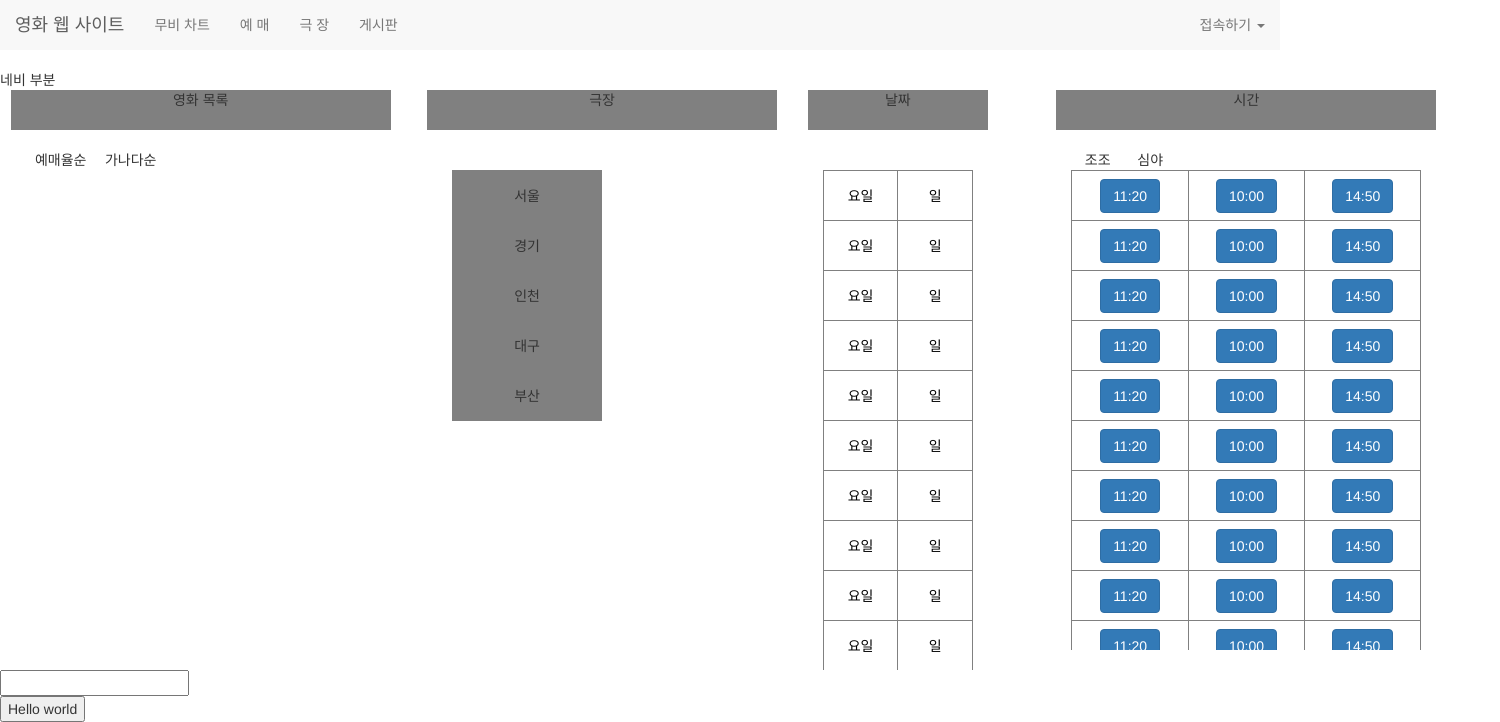
Repository: Gotaemin/java
Page: http://localhost/BBS/movieReserve.jsp
These files come from the project's save history. The page is drawn as it stood at one moment and after the next save; the edit follows.
The browser window is 1280 px wide. The page is 1500 px wide, so the pictures cover 1500 px, including what lies to the right of the window. The pictures show the whole page.
Some web libraries are served in a nearby version. The page is served by Tomcat 9. Other server files are loaded and not shown. The template is opened directly, without the code that normally fills it, so the values that code supplies are empty.

Above is the page before, as saved 2020-03-19 08:47:01.

### BBS/BBS/WebContent/movieReserve.jsp
<%@ page language="java" contentType="text/html; charset=UTF-8"
	pageEncoding="UTF-8"%>

<%@ page import="java.io.PrintWriter"%>
<%@ page import="java.util.ArrayList"%>
<%@ page import="vo.Movie"%>

<%@ taglib prefix="c" uri="http://java.sun.com/jsp/jstl/core"%>

<!DOCTYPE html>
<html>
<head>
<meta charset="UTF-8">

<meta name="viewport" content="width=device-width" ,initial-scale="1">
<link rel="stylesheet" href="css/bootstrap.css">

<style type="text/css">
a, a:hover{
		color: #000000;
		text-decoration:none;
	}

#a th, #a td {
	border: 1px solid gray;
	height:50px;
}
tr{
	text-align: center;
}


.local{
	background-color: gray;
}


#movie_movieList {
	max-height: 500px;
	overflow-y: scroll;
	width: 380px;
}

#movie_Threater {
	max-height: 500px;
	overflow-y: scroll;
	width: 380px;
}

#movie_Date {
	max-height: 500px;
	overflow-y: scroll;
	width: 180px;
}

#movie_Time {
	max-height: 500px;
	overflow-y: scroll;
	width: 480px;
}

</style>
<title>Insert title here</title>
</head>
<body>


	<%
		String userID = null;
		if (session.getAttribute("userID") != null) {
			userID = (String) session.getAttribute("userID");
		}
	%>

	<script src="https://code.jquery.com/jquery-3.1.1.min.js"></script>
	<script src="js/bootstrap.js"></script>


	<nav class="navbr navbar-default" style="margin-bottom: 20px;">

		<div class="navbar-header">
			<button type="button" class="navbar-toggle collapsed"
				data-toggle="collapse" data-target="#bs-example-navbar-collapse-1"
				aria-expanded="false">
				<span class="icon-bar"></span> <span class="icon-bar"></span> <span
					class="icon-bar"></span>
			</button>
			<a class="navbar-brand" href="MovieMain.jsp">영화 웹 사이트</a>
		</div>


		<div class="collapse navbar-collapse"
			id="#bs-example-navbar-collapse-1">
			<ul class="nav navbar-nav">
				<li><a href="movieList.movie">무비 차트</a></li>
				<li><a href="#">예 매</a></li>
				<li><a href="#">극 장</a></li>
				<li><a href="bbs.jsp">게시판</a></li>
			</ul>

			<%
				if (userID == null) {
			%>
			<ul class="nav navbar-nav navbar-right">
				<li class="dropdown"><a href="#" class="dropdown-toggle"
					data-toggle="dropdown" role="button" aria-haspopup="true"
					aria-expanded="false">접속하기 <span class="caret"></span>
				</a>

					<ul class="dropdown-menu">
						<li><a href="login.jsp">로그인</a></li>
						<li><a href="join.jsp">회원가입</a></li>
					</ul></li>
			</ul>
			<%
				} else {
			%>
			<ul class="nav navbar-nav navbar-right">
				<li class="dropdown"><a href="#" class="dropdown-toggle"
					data-toggle="dropdown" role="button" aria-haspopup="true"
					aria-expanded="false">회원관리 <span class="caret"></span>
				</a>

					<ul class="dropdown-menu">
						<li><a href="logout.jsp">로그아웃</a></li>

					</ul></li>
			</ul>
			<%
				}
			%>

		</div>
	</nav>

	<div id="container">

		<div class="navi">네비 부분</div>

<!-- 		style="width:380px" -->
		<div  style="display: table;  word-break: break-all; width: 1500px; height: 500px; background: skyblue">
			<div style="display: table-row;">

				<!-- 영화제목 리스트 출력 -->
				<div align=center style="display: table-cell; background: white;">
					<div  style="padding:auto; width: 380px; height: 40px; background: gray; margin-bottom: 20px;">영화 목록</div>
					<div id="movie_movieList">
						<table style="width: 350px;">
							<colgroup>
								<col width="20%">
								<col width="20%">
								<col width="60">
							</colgroup>
							<thead>
								<tr>
									<td>예매율순</td>
									<td>가나다순</td>
									<td></td>
								</tr>
							</thead>
						</table>
						<div>
							<table style="width: 350px;">
								<colgroup>
									<col width="20%">
									<col width="80%">
								</colgroup>
								<tbody id="a">
									<c:forEach var="movie" items="${movieTitle}" varStatus="status">
										<tr>
											<td>
												<c:choose>
												<c:when test="${movie.ageLimit == 0}">
													<img src="image/all.png" style="width: 45px;height: 45px;"/>
												</c:when>
												<c:when test="${movie.ageLimit == 12}">
													<img src="image/12.png" style="width: 45px;height: 45px;"/>
												</c:when>
												<c:when test="${movie.ageLimit == 15}">
													<img src="image/15.png" style="width: 45px;height: 45px;"/>
												</c:when>
												<c:when test="${movie.ageLimit == 19}">
													<img src="image/19.png" style="width: 45px;height: 45px;"/>
												</c:when>
												</c:choose>
											</td>
											<td><a href ="#">${movie.title}</a></td>
										</tr>
									</c:forEach>
								</tbody>
							</table>
						</div>
					</div>
				</div>

				<!-- 극장 리스트 출력 -->

				<div align=center style="display: table-cell; background: white;">
					<div class="test_content" style="width: 350px; height: 40px; background: gray; margin-bottom: 20px;">극장</div>
					<div id="movie_Threater">

						<br>
						<div style="display: table-cell;">
							<table class="city_table" id="example-table-1" style="width: 150px;">
								<tbody id="a" class="local">
									<tr>
										<td>서울</td>
									</tr>
									<tr>
										<td>경기</td>
									</tr>
									<tr>
										<td>인천</td>
									</tr>
									<tr>
										<td>대구</td>
									</tr>
									<tr>
										<td>부산</td>
									</tr>
								</tbody>
							</table>
						</div>


						<div style="display: table-cell;">
							<table style="width: 150px;">
								<tbody id="a">
									<c:forEach var="theater" items="${theaterLocal}" varStatus="status">
										<tr>
											<td><a href ="#">${theater.local}</a></td>
										</tr>
									</c:forEach>


								</tbody>
							</table>
						</div>
					</div>

				</div>




				<!-- 영화 상영 날짜 출력 -->
				<div align=center style="display: table-cell; background: white;">
					<div class="test_content" style="width: 180px; height: 40px; background: gray; margin-bottom: 20px;">날짜</div>
					<br>
					<div id="movie_Date">
						<div>
							<table style="width: 150px;">
								<colgroup>
									<col width="50%">
									<col width="50%">
								</colgroup>
								<tbody id="a">
									<%
										for (int i = 0; i < 10; i++) {
									%>
									<tr style="text-align: center;">
										<td><a href="#">요일</a></td>
										<td><a href="#">일</a></td>
									</tr>

									<%
										}
									%>
								</tbody>
							</table>
						</div>
					</div>

				</div>

				<!-- 영화 상영 가능 시간 출력 -->
				<div align=center style="display: table-cell; background: white;">
					<div class="test_content" style="width: 380px; height: 40px; background: gray; margin-bottom: 20px;">시간</div>
					<div id="movie_Time">
						<table style="width: 350px;">
							<colgroup>
								<col width="15%">
								<col width="15%">
								<col width="70%">
							</colgroup>
							<thead>
								<tr>
									<td>조조</td>
									<td>심야</td>
									<td></td>
								</tr>
							</thead>
						</table>
						<div>
							<table style="width: 350px;">
								<colgroup>
									<col width="30%">
									<col width="30%">
									<col width="30%">
								</colgroup>
								<tbody id="a">
									<%
										for (int i = 0; i < 10; i++) {
									%>
									<tr>
										<td><input class="btn btn-primary btn-pull" type="button" value="11:20"></td>
										<td><input class="btn btn-primary btn-pull" type="button" value="10:00"></td>
										<td><input class="btn btn-primary btn-pull" type="button" value="14:50"></td>
									</tr>

									<%
										}
									%>
								</tbody>
							</table>
						</div>
					</div>
				</div>
			</div>


		</div>
		<input type="text" id="ex1_Result2">

	</div>



	<div id = "city_result2"></div>




	<input type="button" id="hw" value="Hello world" />
    <script type="text/javascript" src="js/table.js"></script>

</body>
</html>

### BBS/BBS/WebContent/js/table.js
var hw = document.getElementById('hw');

hw.addEventListener('click', function(){
    alert(hw);

})


$("#example-table-1 tr").click(function(){

			var str = ""
			var tdArr = new Array();	// 배열 선언

			// 현재 클릭된 Row(<tr>)
			var tr = $(this);
			var td = tr.children();

			// tr.text()는 클릭된 Row 즉 tr에 있는 모든 값을 가져온다
			console.log("클릭한 Row의 모든 데이터 : "+tr.text());

			// 반복문을 이용해서 배열에 값을 담아 사용할 수 도 있다.
//			td.each(function(i){
//				tdArr.push(td.eq(i).text());
//			});


			var city = td.eq(0).text();
			str = city;


			if(str == '서울'){
				tdArr.push('홍대');
				tdArr.push('건대');
				tdArr.push('강남');
				tdArr.push('목동');
			}else if(str == '경기'){
				tdArr.push('노원');
				tdArr.push('구리');
				tdArr.push('덕소');
			}else if(str == '인천'){

			}else if(str == '대구'){

			}else if(str == '부산'){

			}

//			$("#city_result").html(city);
			$("#city_result").html(tdArr);
			$("#city_result2").html(tdArr);
		});

Loaded but not shown: BBS/BBS/WebContent/css/bootstrap.css (library); BBS/BBS/WebContent/js/bootstrap.js (library)

After the next save:
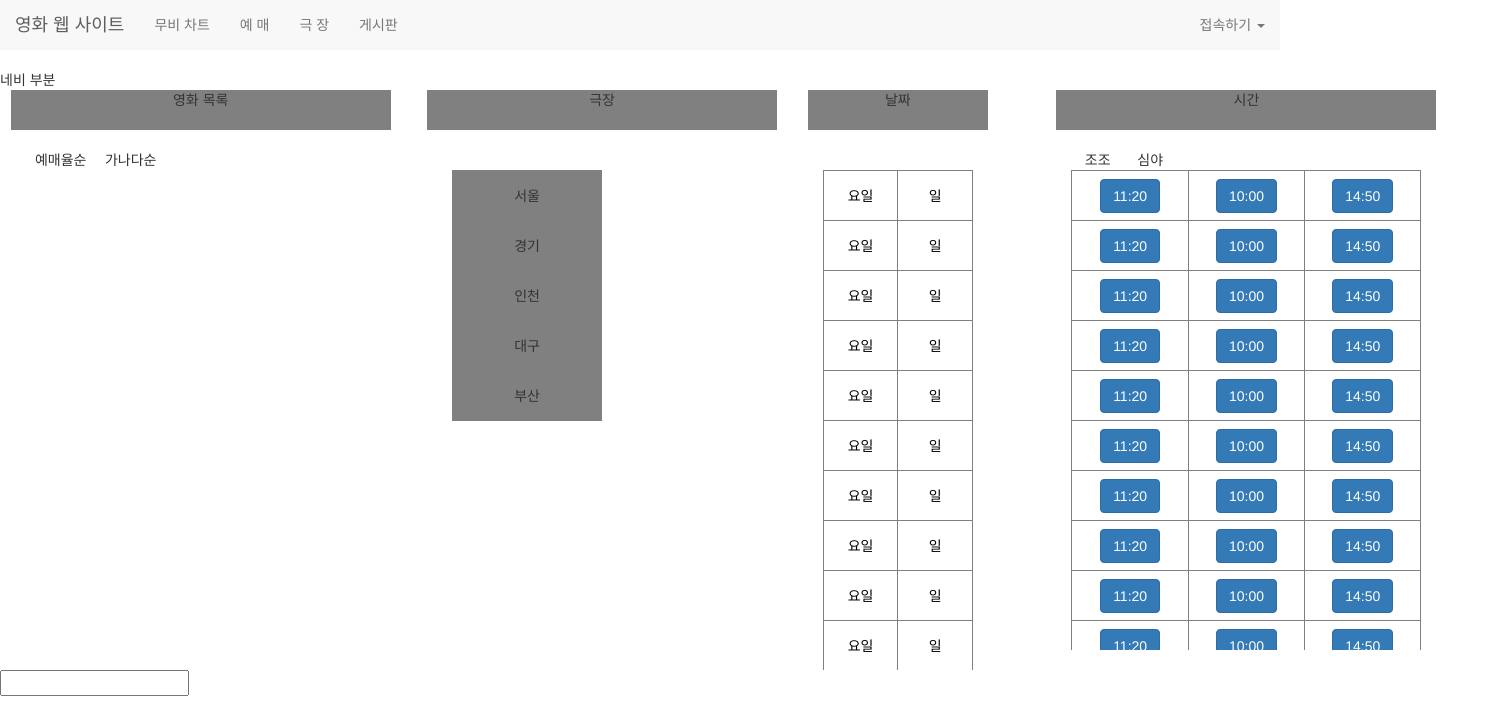
Console error: TypeError: Cannot read properties of null (reading 'addEventListener')
Saved 9 s later.
--- a/BBS/BBS/WebContent/movieReserve.jsp
+++ b/BBS/BBS/WebContent/movieReserve.jsp
@@ -331,7 +331,7 @@
 
 
 
-	<input type="button" id="hw" value="Hello world" />
+<!-- 	<input type="button" id="hw" value="Hello world" /> -->
     <script type="text/javascript" src="js/table.js"></script>
 
 </body>

After the save that followed:
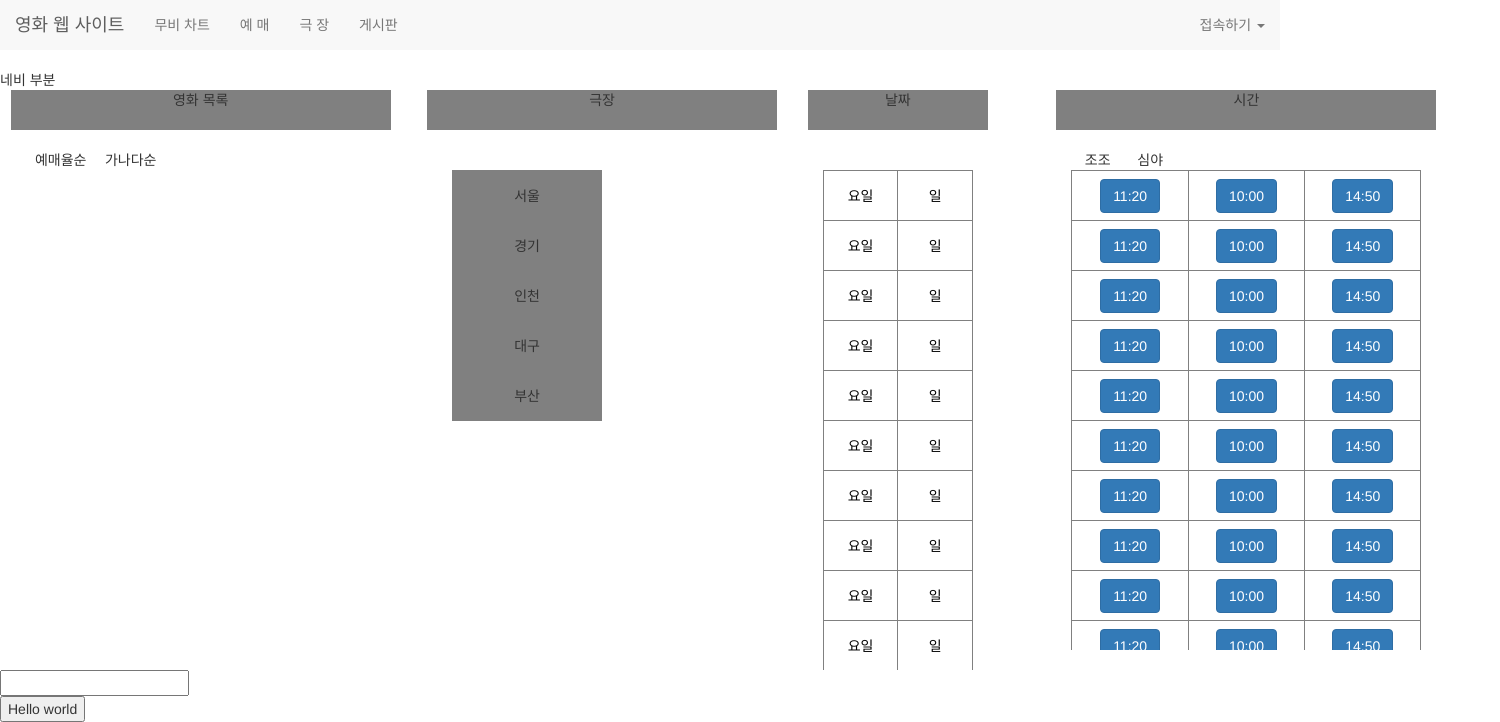
The error is gone.
Saved 21 s later.
--- a/BBS/BBS/WebContent/movieReserve.jsp
+++ b/BBS/BBS/WebContent/movieReserve.jsp
@@ -331,7 +331,7 @@
 
 
 
-<!-- 	<input type="button" id="hw" value="Hello world" /> -->
+	<input type="button" id="hw" value="Hello world" />
     <script type="text/javascript" src="js/table.js"></script>
 
 </body>
